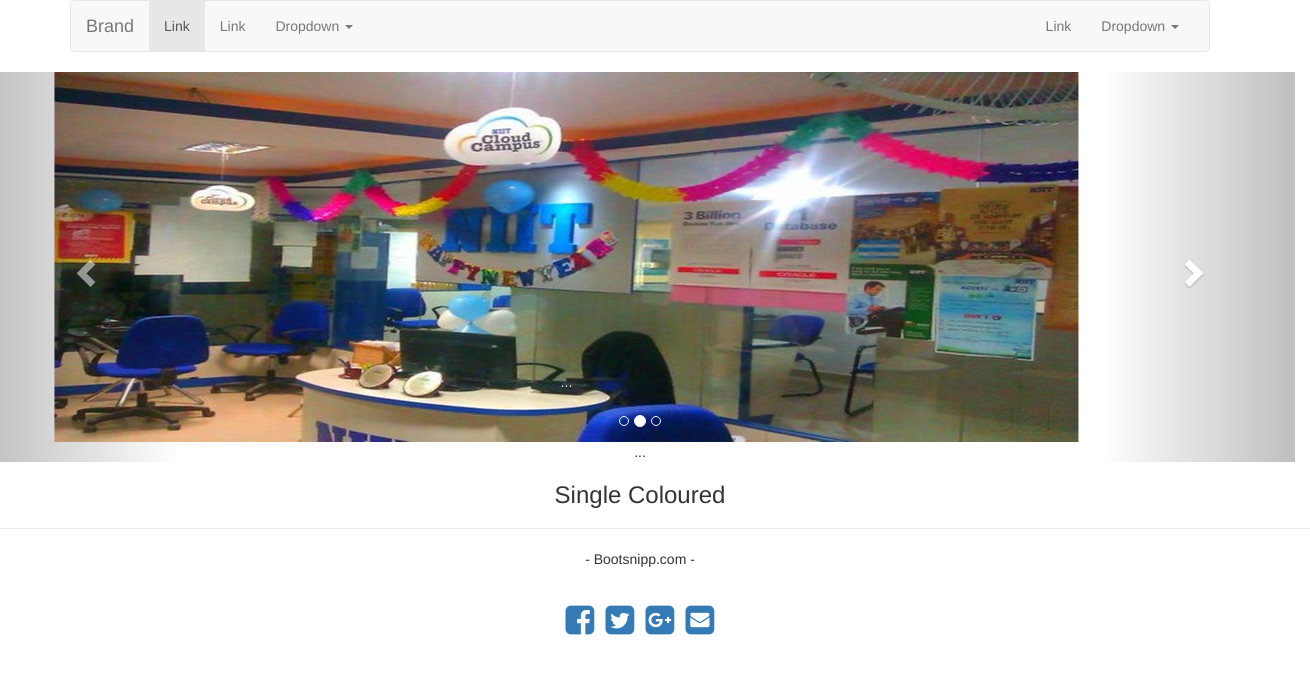
Repository: Karthi-Mano/AdvanceJavaPrograms
Page: DTProjectsBootStrap/WebContent/HomePage.html
An editor plug-in stored every save of this project. The page is shown before and after the next save, followed by the edit.
The browser window is 1280 px wide. The page is 1310 px wide, so the pictures cover 1310 px, including what lies to the right of the window. The pictures show the whole page.
Some web libraries are served in a nearby version.

Above is the page before, as saved 2017-10-25 07:32:37.

### DTProjectsBootStrap/WebContent/HomePage.html
<!DOCTYPE html>
<html>
<head>
<meta charset="ISO-8859-1">
<title>Insert title here</title>

  <link rel="stylesheet" href="https://maxcdn.bootstrapcdn.com/bootstrap/3.3.7/css/bootstrap.min.css">
 <link href="//maxcdn.bootstrapcdn.com/font-awesome/4.1.0/css/font-awesome.min.css" rel="stylesheet">
  <script type="text/javascript" src="resources/js/jquery.min.js"></script>
  <script type="text/javascript" src="resources/js/bootstrap.min.js"></script>
  <link rel="stylesheet" href="resources/css/Mycss.css" type="text/css">
</head>
<body>
<div class="container">
<nav class="navbar navbar-default">
  <div class="container-fluid">
    <!-- Brand and toggle get grouped for better mobile display -->
    <div class="navbar-header">
      <button type="button" class="navbar-toggle collapsed" data-toggle="collapse" data-target="#bs-example-navbar-collapse-1" aria-expanded="false">
        <span class="sr-only">Toggle navigation</span>
        <span class="icon-bar"></span>
        <span class="icon-bar"></span>
        <span class="icon-bar"></span>
      </button>
      <a class="navbar-brand" href="#">Brand</a>
    </div>

    <!-- Collect the nav links, forms, and other content for toggling -->
    <div class="collapse navbar-collapse" id="bs-example-navbar-collapse-1">
      <ul class="nav navbar-nav">
        <li class="active"><a href="#">Link <span class="sr-only">(current)</span></a></li>
        <li><a href="#">Link</a></li>
        <li class="dropdown">
          <a href="#" class="dropdown-toggle" data-toggle="dropdown" role="button" aria-haspopup="true" aria-expanded="false">Dropdown <span class="caret"></span></a>
          <ul class="dropdown-menu">
            <li><a href="#">Action</a></li>
            <li><a href="#">Another action</a></li>
            <li><a href="#">Something else here</a></li>
            <li role="separator" class="divider"></li>
            <li><a href="#">Separated link</a></li>
            <li role="separator" class="divider"></li>
            <li><a href="#">One more separated link</a></li>
          </ul>
        </li>
      </ul>

      <ul class="nav navbar-nav navbar-right">
        <li><a href="#">Link</a></li>
        <li class="dropdown">
          <a href="#" class="dropdown-toggle" data-toggle="dropdown" role="button" aria-haspopup="true" aria-expanded="false">Dropdown <span class="caret"></span></a>
          <ul class="dropdown-menu">
            <li><a href="#">Action</a></li>
            <li><a href="#">Another action</a></li>
            <li><a href="#">Something else here</a></li>
            <li role="separator" class="divider"></li>
            <li><a href="#">Separated link</a></li>
          </ul>
        </li>
      </ul>
    </div><!-- /.navbar-collapse -->
  </div><!-- /.container-fluid -->
</nav>
</div>
<div class="row">
<center>
  <div id="carousel-example-generic" class="carousel slide" data-ride="carousel">
  <!-- Indicators -->
  <ol class="carousel-indicators">
    <li data-target="#carousel-example-generic" data-slide-to="0" class="active"></li>
    <li data-target="#carousel-example-generic" data-slide-to="1"></li>
    <li data-target="#carousel-example-generic" data-slide-to="2"></li>
  </ol>

  <!-- Wrapper for slides -->
  <div class="carousel-inner" role="listbox">
    <div class="item active">
      <img src="resources/images/img1.jpg" alt="...">
      <div class="carousel-caption">
        ...
      </div>
    </div>
    <div class="item">
      <img src="resources/images/img2.jpg" alt="...">
      <div class="carousel-caption">
        ...
      </div>
    </div>
    ...
  </div>

  <!-- Controls -->
  <a class="left carousel-control" href="#carousel-example-generic" role="button" data-slide="prev">
    <span class="glyphicon glyphicon-chevron-left" aria-hidden="true"></span>
    <span class="sr-only">Previous</span>
  </a>
  <a class="right carousel-control" href="#carousel-example-generic" role="button" data-slide="next">
    <span class="glyphicon glyphicon-chevron-right" aria-hidden="true"></span>
    <span class="sr-only">Next</span>
  </a>
</div>
<div class="row">

				<h3>Single Coloured</h3>
    <hr />
        <div class="text-center center-block">
            <p class="txt-railway">- Bootsnipp.com -</p>
            <br />
                <a href="https://www.facebook.com/bootsnipp"><i class="fa fa-facebook-square fa-3x social"></i></a>
	            <a href="https://twitter.com/bootsnipp"><i class="fa fa-twitter-square fa-3x social"></i></a>
	            <a href="https://plus.google.com/+Bootsnipp-page"><i class="fa fa-google-plus-square fa-3x social"></i></a>
	            <a href="mailto:bootsnipp@gmail.com"><i class="fa fa-envelope-square fa-3x social"></i></a>
		</div>
</div>
</div>
</center>



</div>
</body>
</html>

### DTProjectsBootStrap/WebContent/resources/css/Mycss.css
.social:hover {
     -webkit-transform: scale(1.1);
     -moz-transform: scale(1.1);
     -o-transform: scale(1.1);
 }
 .social {
     -webkit-transform: scale(0.8);
     /* Browser Variations: */

     -moz-transform: scale(0.8);
     -o-transform: scale(0.8);
     -webkit-transition-duration: 0.5s;
     -moz-transition-duration: 0.5s;
     -o-transition-duration: 0.5s;
 }

/*
    Multicoloured Hover Variations
*/

 #social-fb:hover {
     color: #3B5998;
 }
 #social-tw:hover {
     color: #4099FF;
 }
 #social-gp:hover {
     color: #d34836;
 }
 #social-em:hover {
     color: #f39c12;
 }

Loaded but not shown: DTProjectsBootStrap/WebContent/resources/js/jquery.min.js (library); DTProjectsBootStrap/WebContent/resources/js/bootstrap.min.js (library)

After the next save:
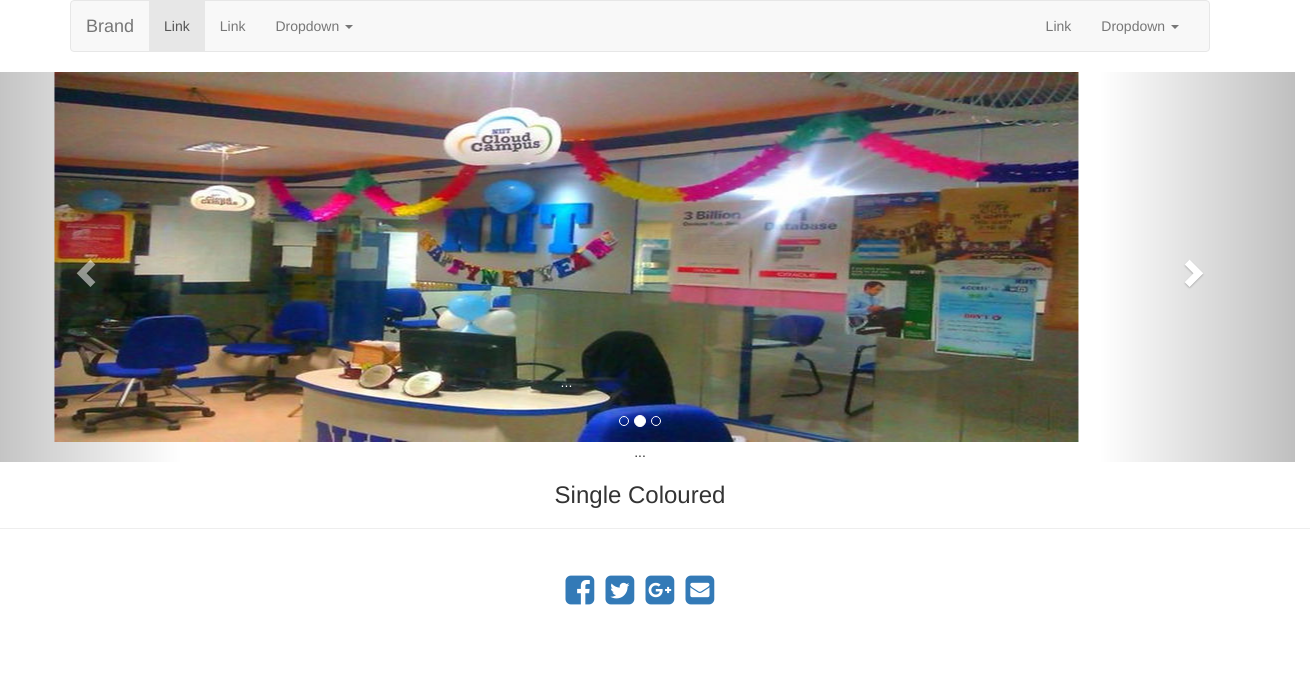
Saved 26 s later.
--- a/DTProjectsBootStrap/WebContent/HomePage.html
+++ b/DTProjectsBootStrap/WebContent/HomePage.html
@@ -103,7 +103,7 @@
 				<h3>Single Coloured</h3>
     <hr />
         <div class="text-center center-block">
-            <p class="txt-railway">- Bootsnipp.com -</p>
+
             <br />
                 <a href="https://www.facebook.com/bootsnipp"><i class="fa fa-facebook-square fa-3x social"></i></a>
 	            <a href="https://twitter.com/bootsnipp"><i class="fa fa-twitter-square fa-3x social"></i></a>
